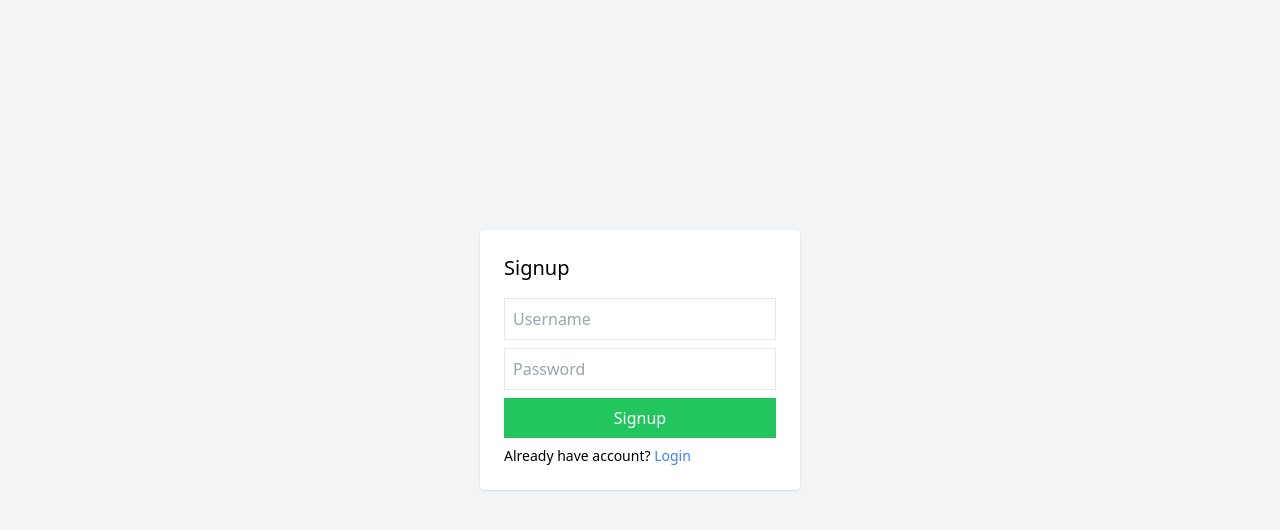
Repository: harshhariyani404/chat-app
Page: / (app in client/)
These files come from the project's save history. The page is drawn as it stood at one moment and after the next save; the edit follows.
The browser window is 1280 px wide. The pictures show the whole page.
The page's requests for data from a server got no answer. The project was rebuilt for these pictures with package versions that can differ from the ones it lists, and the page was loaded fresh each time. No one was signed in, and anything a server would have sent is missing. Also part of the build but not shown: client/vite.config.js, client/src/socket.js, client/src/components/Sidebar.jsx, client/src/components/Message.jsx, client/src/components/Chat.jsx, client/src/pages/Home.jsx.

Above is the page before, as saved 2026-03-19 12:46:28.

### client/index.html
<!doctype html>
<html lang="en">
  <head>
    <meta charset="UTF-8" />
    <link rel="icon" type="image/svg+xml" href="/favicon.svg" />
    <meta name="viewport" content="width=device-width, initial-scale=1.0" />
    <title>client</title>
  </head>
  <body>
    <div id="root"></div>
    <script type="module" src="/src/main.jsx"></script>
  </body>
</html>

### client/src/App.jsx
import { useState } from "react";
import Home from "./pages/Home";
import Login from "./components/Login";
import Signup from "./components/Signup";

const App = () => {
  const [user, setUser] = useState(
    JSON.parse(localStorage.getItem("user")) || null
  );
  const [showSignup, setShowSignup] = useState(true);

  if (!user) {
    return showSignup ? (
      <Signup setUser={setUser} setShowSignup={setShowSignup} />
    ) : (
      <Login setUser={setUser} setShowSignup={setShowSignup} />
    )
  }
    return <Home user={user} />

}

export default App;

### client/src/components/Signup.jsx
import { useState } from "react";
import axios from "axios";

const Signup = ({ setUser, setShowSignup }) => {
  const [form, setForm] = useState({ username: "", password: "" });

  const handleSignup = async () => {
    try {
      await axios.post("http://localhost:5000/api/auth/signup", form);

      // Automatically log the user in after successful signup
      const res = await axios.post("http://localhost:5000/api/auth/login", form);
      localStorage.setItem("token", res.data.token);
      localStorage.setItem("user", JSON.stringify(res.data.user));
      setUser(res.data.user);
    } catch (error) {
      console.error("Signup failed:", error);
      alert("Signup failed. Please try a different username.");
    }
  };

  return (
    <div className="h-screen flex items-center justify-center bg-gray-100">
      <div className="bg-white p-6 rounded shadow w-80">
        <h2 className="text-xl mb-4">Signup</h2>

        <input
          placeholder="Username"
          className="border p-2 w-full mb-2"
          onChange={(e) => setForm({ ...form, username: e.target.value })}
        />

        <input
          type="password"
          placeholder="Password"
          className="border p-2 w-full mb-2"
          onChange={(e) => setForm({ ...form, password: e.target.value })}
        />

        <button
          className="bg-green-500 text-white w-full p-2"
          onClick={handleSignup}
        >
          Signup
        </button>

        <p className="mt-2 text-sm">
          Already have account?{" "}
          <span
            className="text-blue-500 cursor-pointer"
            onClick={() => setShowSignup(false)}
          >
            Login
          </span>
        </p>
      </div>
    </div>
  );
};

export default Signup;

### client/tailwind.config.js
/** @type {import('tailwindcss').Config} */
export default {
  content: [
    "./index.html",
    "./src/**/*.{js,ts,jsx,tsx}", // This tells Tailwind to scan your React files
  ],
  theme: {
    extend: {},
  },
  plugins: [],
}

### client/src/components/Login.jsx
import { useState } from "react";
import axios from "axios";

const Login = ({ setUser, setShowSignup }) => {
  const [form, setForm] = useState({ username: "", password: "" });

  const handleLogin = async () => {
    try {
      const res = await axios.post("http://localhost:5000/api/auth/login", form);

      localStorage.setItem("token", res.data.token);
      localStorage.setItem("user", JSON.stringify(res.data.user));

      setUser(res.data.user);
    } catch (error) {
      console.error("Login failed:", error);
      alert("Login failed. Please check your credentials.");
    }
  };

  return (
    <div className="h-screen flex items-center justify-center bg-gray-100">
      <div className="bg-white p-6 rounded shadow w-80">
        <h2 className="text-xl mb-4">Login</h2>

        <input
          placeholder="Username"
          className="border p-2 w-full mb-2"
          onChange={(e) => setForm({ ...form, username: e.target.value })}
        />

        <input
          type="password"
          placeholder="Password"
          className="border p-2 w-full mb-2"
          onChange={(e) => setForm({ ...form, password: e.target.value })}
        />

        <button
          className="bg-blue-500 text-white w-full p-2"
          onClick={handleLogin}
        >
          Login
        </button>

        <p className="mt-2 text-sm">
          Don't have account?{" "}
          <span
            className="text-blue-500 cursor-pointer"
            onClick={() => setShowSignup(true)}
          >
            Signup
          </span>
        </p>
      </div>
    </div>
  );
};

export default Login;

Loaded but not shown: client/src/main.jsx (common file); client/src/index.css (common file)

After the next save:
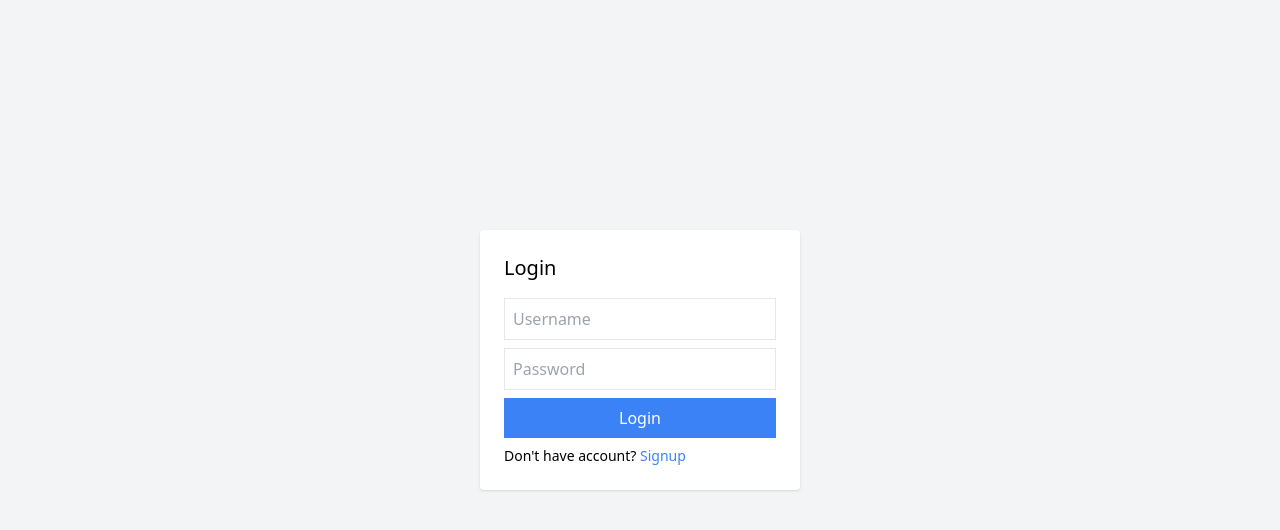
Saved 2 min 21 s later.
--- a/client/src/App.jsx
+++ b/client/src/App.jsx
@@ -7,7 +7,7 @@ const App = () => {
   const [user, setUser] = useState(
     JSON.parse(localStorage.getItem("user")) || null
   );
-  const [showSignup, setShowSignup] = useState(true);
+  const [showSignup, setShowSignup] = useState(false);
 
   if (!user) {
     return showSignup ? (
